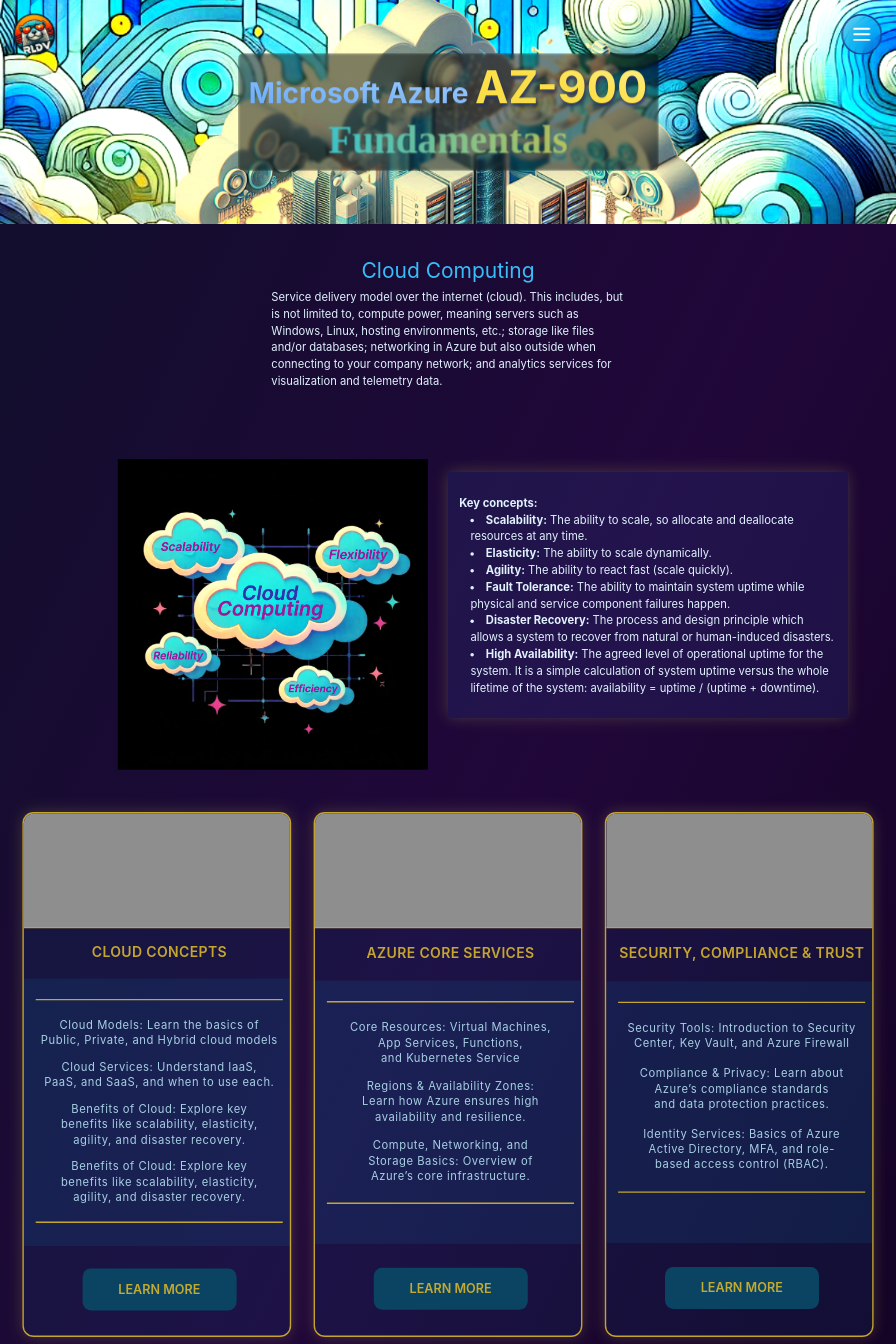
Repository: Freezler/az-900_svelte5
Page: /
The author's editor kept a copy of each file at every save. The page is drawn from the files as they stood at one save, then again after the next save.
The browser window is 1280 px wide. The pictures show the part of the page from y = 0 to 1920 px (the page is 2638 px tall), at 70% of full size.
Pictures or frames that could not be fetched are drawn as grey boxes. The project was rebuilt for these pictures with package versions that can differ from the ones it lists, and the page was loaded fresh each time. The framework's server and built-in components were replaced by stand-ins that run in the browser. Also part of the build but not shown: vite.config.ts.

Above is the page before, as saved 2024-11-10 10:46:32.

### src/app.html
<!doctype html>
<html lang="en">
	<head>
		<meta charset="utf-8" />
		<link rel="icon" href="%sveltekit.assets%/favicon.png" />
		<meta name="viewport" content="width=device-width, initial-scale=1" />
		%sveltekit.head%
	</head>
	<body data-sveltekit-preload-data="hover" >
		<div style="display: contents">%sveltekit.body%</div>
	</body>
</html>

### src/routes/+layout.svelte
<script lang="ts">
	import '../app.css';
	let { children } = $props();

</script>

<div class="bg-gradient-to-br from-[#0d0c28fc] via-[#1b0135f9] to-[#10021e] bg-cover bg-center bg-no-repeat ">{@render children()}</div>

### src/routes/+page.svelte
<script lang="ts">
	import ComputingArticle from '../components/ComputingArticle.svelte';

	import Toggle from '../components/Toggle.svelte';
	import Header from '../components/Header.svelte';
	import Popover from '../components/Menu.svelte';
	import Cards from '../components/Cards.svelte';
	import Login from '../components/Login.svelte';
</script>

<header class="">
	<Popover />
	<Header />
</header>
<main>
	<section>
		<ComputingArticle />
		<Cards />
	</section>
	<aside><Toggle /></aside>
	<footer><Login /></footer>
</main>

### src/app.css
@tailwind base;
@tailwind components;
@tailwind utilities;

:root {
  --text-color  : rgba(244, 205, 48, 0.888);
  --bg-color    : hsla(217, 87%, 3%, 0.298);
  --bg-color2   : hsla(299, 91%, 31%, 0.974);
  --bg-gradient : 135deg, rgba(237, 249, 10, .7) 0%, rgba(216, 204, 37, 0.7) 35%, rgba(0, 212, 255, 0.7) 100%;
  --bg-gradient2: 90deg, rgba(216, 204, 37, 0.5) 0%, rgba(0, 212, 255, 0.5) 70%;
}

* {
  margin     : 0;
  padding    : 0;
  box-sizing : border-box;
  user-select: none;
  /* outline : 1px dotted red; */
}

body {
  font-family: 'Inter', sans-serif;


}

### src/components/ComputingArticle.svelte
<div class="grid items-center justify-center gap-2 place-self-center text-sky-100 max-w-[50ch]  pt-12">
	<h2 class="text-3xl text-center text-sky-400">Cloud Computing</h2>
	<p>
		Service delivery model over the internet (cloud). This includes, but is not limited to, compute
		power, meaning servers such as Windows, Linux, hosting environments, etc.; storage like files
		and/or databases; networking in Azure but also outside when connecting to your company network;
		and analytics services for visualization and telemetry data.
	</p>
</div>

<section class="grid items-center grid-cols-1 lg:grid-cols-2 justify-center place-items-center place-self-center place-content-center gap-0	z-10 text-start">
	<img
		src="../public/images/cloud.png"
		alt="cloudSolutions"
		loading="lazy"

		class=" text-sky-100  w-[572px] "
	/>
	<article
		class=" bg-blue-500/10  text-sky-100 px-4 py-8 w-[572px] mt-4 prounded-xl shadow-[0_0px_22px_rgba(255,255,99,0.2)]"
	>
		<p><strong>Key concepts:</strong></p>
		<ul class="list-inside list-disc pl-4">
			<li>
				<strong>Scalability:</strong> The ability to scale, so allocate and deallocate resources at any
				time.
			</li>
			<li><strong>Elasticity:</strong> The ability to scale dynamically.</li>
			<li><strong>Agility:</strong> The ability to react fast (scale quickly).</li>
			<li>
				<strong>Fault Tolerance:</strong> The ability to maintain system uptime while physical and service
				component failures happen.
			</li>
			<li>
				<strong>Disaster Recovery:</strong> The process and design principle which allows a system to
				recover from natural or human-induced disasters.
			</li>
			<li>
				<strong>High Availability:</strong> The agreed level of operational uptime for the system. It
				is a simple calculation of system uptime versus the whole lifetime of the system: availability
				= uptime / (uptime + downtime).
			</li>
		</ul>
	</article>
</section>

### src/components/Toggle.svelte
<script lang="ts">

	let name = $state('Randy');
	let status: 'DARK' | 'LIGHT' = $state('DARK');
	let full_name = $derived(name + ' ' + 'de vries');

	function toggle() {
		status = status === 'DARK' ? 'LIGHT' : 'DARK';
	}

	function onclick() {
		status = status === 'DARK' ? 'LIGHT' : 'DARK';
		window.document.body.classList.toggle('dark-mode')
	}
</script>

<div class="max-w-[400px] mx-auto grid place-items-center items-center justify-center gap-2 border-2 p-4  py-8 my-4 bg-yellow-600/10">
		<p class="text-2xl font-serif text-white ">
			set theme: <span class="font-sans {status === 'LIGHT' ? 'text-gray-200' : 'text-red-900'}">{status}</span>
		</p>

		<!-- <button on:click={toggle}>toggle status</button> -->
		<button
			class=" w-[176px] rounded bg-blue-500 px-4 py-2 font-bold text-white hover:bg-blue-700 active:scale-[.98]"
			type="button"
			onclick={toggle}>Toggle theme</button
		>
	</div>

### src/components/Header.svelte
<script lang="ts">
	// Declare props
	let { name = 'AZ-900' } = $props();

	// Local state for the surname
	let surname = $state('Fundamentals');

	// Derived state for the full name
	let full_name = $derived(`${name} ${surname}`);
</script>

<div
	class="max-w-[100svw] z-100 mx-auto grid h-80 place-content-center place-items-center items-center justify-center bg-[url('/public/images/headImage.png')] bg-cover bg-top"
>
	<div class="grid backdrop-blur-[2px] px-4 rounded-lg backdrop-brightness-[.50] pb-4">
		<h1
			class="shadow-[rgba(7, 25, 224, 0.9)] drop bg-clip-text text-center text-[clamp(1rem,5vw,2.5rem)] font-bold text-transparent bg-gradient-to-tr from-blue-400 via-blue-300 to-blue-700  drop-shadow-[-2px_2px_2px_rgba(137, 25, 224, 0.9)]"
		>
			Microsoft Azure <span
				class="bg-gradient-to-tr from-yellow-300 via-yellow-300 to-yellow-200 bg-clip-text text-[clamp(2.8rem,5vw,8.5rem)] font-bold text-transparent drop-shadow-[2px_4px_2px_rgba(36,50,100,0.9)]"
				>{name}</span
			>
		</h1>
		<h3
			class="bg-clip-text text-6xl text-center text-[clamp(1rem,5vw,3.5rem)] font-[700] font-[montserrat] bg-gradient-to-r from-[hsl(192,88%,51%)] via-[--hsl(192,88%,71%)] to-[--text-color]  pb- text-transparent drop-shadow-[2px_4px_32px_rgba(6,100,150,0.9)] backdrop-brightness-[.90] "
		>
			{surname}
		</h3>
	</div>
</div>

### src/components/Menu.svelte
<script lang="ts">
	import { cubicInOut } from 'svelte/easing';
	import { fly } from 'svelte/transition';
	let showMenu: boolean = $state(false);


</script>

	<!-- Your existing code -->

<img
	src="/public/images/Design 2.png"
	alt="Ran form Logo"
	class="fixed left-[16px] top-[16px] w-[64px] rounded-full z-[200]"
/>
<button
	onclick={() => (showMenu = !showMenu)}
	class="fixed right-[20px] top-[20px] flex  h-[58px] w-[58px] items-center justify-center rounded-full bg-blue-600/20 backdrop-blur text-white border-2 border-blue-900"
>
	<svg
		xmlns="http://www.w3.org/2000/svg"
		class="h-8 w-8"
		fill="none"
		viewBox="0 0 24 24"
		stroke="currentColor"
	>
		{#if showMenu}
			<path
				stroke-linecap="round"
				stroke-linejoin="round"
				stroke-width="2"
				d="M6 18L18 6M6 6l12 12"
			/>
		{:else}
			<path
				stroke-linecap="round"
				stroke-linejoin="round"
				stroke-width="2"
				d="M4 6h16M4 12h16M4 18h16"
			/>
		{/if}
	</svg>
</button>

{#if showMenu}
	<ul
		class="items-center justify-center fixed bottom-0 right-0 z-100 grid h-[50vh] w-[100vw] border-t border-blue-900 place-content-center bg-blue-600/20 backdrop-blur text-white uppercase text-center text-xl z-[200]"
		transition:fly={{ y: 100, duration: 420, easing: cubicInOut }}
	>
		<li class="px-2 py-4 w-[80vw] underline underline-offset-4 transition-colors ease-linear duration-400 hover:bg-blue-600/20 rounded-t-lg  bg-blue-200/30">
			<a href="/">Home</a>
		</li>
		<li class=" px-2 py-4 transition-colors hover:underline underline-offset-4  ease-linear duration-400 hover:bg-blue-600/20  bg-blue-200/30">
			<a href="/concepts">Concepts</a>
		</li>
		<li class=" px-2 py-4 transition-colors hover:underline underline-offset-4 ease-linear duration-400 hover:bg-blue-600/20  bg-blue-200/30">
			<a href="/security">Security</a>
		</li>
		<li class="px-2 py-4 transition-colors  hover:underline underline-offset-4 ease-linear duration-400 hover:bg-blue-600/20 rounded-b-lg  bg-blue-200/30">
			<a href="/services">Services</a>
		</li>
	</ul>
{/if}

### src/components/Cards.svelte
<script>
	import { goto } from '$app/navigation';
	// Define your plans as an array of objects
	const concepts = [
		{
			url: 'concepts',
			image:
				'https://learn.microsoft.com/training/achievements/microsoft-azure-fundamentals-describe-cloud-concepts-social.png',
			name: 'Cloud Concepts',
			features: [
				'Cloud Models: Learn the basics of Public, Private, and Hybrid cloud models',
				'Cloud Services: Understand IaaS, PaaS, and SaaS, and when to use each.',
				'Benefits of Cloud: Explore key benefits like scalability, elasticity, agility, and disaster recovery.',
				'Benefits of Cloud: Explore key benefits like scalability, elasticity, agility, and disaster recovery.'

			]
		},
		{
			url: 'services',
			image:
				'https://images.unsplash.com/photo-1667372459510-55b5e2087cd0?q=80&w=1932&auto=format&fit=crop&ixlib=rb-4.0.3&ixid=M3wxMjA3fDB8MHxwaG90by1wYWdlfHx8fGVufDB8fHx8fA%3D%3D',
			name: 'Azure Core Services',
			features: [
				'Core Resources: Virtual Machines, App Services, Functions, and Kubernetes Service',
				'Regions & Availability Zones: Learn how Azure ensures high availability and resilience.',
				'Compute, Networking, and Storage Basics: Overview of Azure’s core infrastructure.'
			]
		},
		{
			url: 'security',
			image:
				'https://plus.unsplash.com/premium_photo-1700830452756-1a3f4314e564?q=80&w=1674&auto=format&fit=crop&ixlib=rb-4.0.3&ixid=M3wxMjA3fDB8MHxwaG90by1wYWdlfHx8fGVufDB8fHx8fA%3D%3D',
			name: 'Security, Compliance & Trust',
			features: [
				'Security Tools: Introduction to Security Center, Key Vault, and Azure Firewall',
				'Compliance & Privacy: Learn about Azure’s compliance standards and data protection practices.',
				'Identity Services: Basics of Azure Active Directory, MFA, and role-based access control (RBAC).'
			]
		}
	];
</script>

<section
	class="z-10 grid grid-rows-1 gap-8 py-8 md:grid-cols-2 md:gap-8 md:px-8 xl:grid-cols-3"
>
	{#each concepts as concept}
		<div
			class=" pt-1  grid grid-rows-[148px_64px_auto_auto] place-items-center overflow-hidden rounded-2xl border-2 border-[--text-color] bg-sky-600/10 pb-9 shadow-[0_0px_22px_rgba(255,255,99,0.2)] brightness-90 transition duration-700 hover:scale-[1.001] hover:border-[hsla(184,69%,60%,1)] hover:shadow-[2px_6px_12px_rgba(22,125,22,0.9)]"
		>
			<img
				src={concept.image}
				class=" z-10 h-[172px] pt-2  w-full border-b-2 border-[--text-color] object-cover object-center hover:border-[hsla(184,69%,60%,1)]"
				loading="lazy"
				alt="concept"
			/>
			<div class="row-span-2 grid grid-cols-subgrid place-items-center items-center justify-center">
				<h2 class="] mt-[28px] text-xl font-semibold uppercase tracking-wide text-[--text-color]">
					{concept.name}
				</h2>
			</div>

			<div
				class=" row-span-12 my-5 w-full grid grid-rows-subgrid place-items-start items-start gap-4 text-pretty border border-transparent bg-sky-500/10 px-4 pt-7 pb-6 text-center"
			>
				{#each concept.features as feature}
					<h3
						class="border-b-1 mx-auto  grid w-[35ch]  grid-rows-subgrid text-balance border-[--text-color] px-0 text-[14px] font-normal leading-snug tracking-wider text-sky-200 py-0 first:border-t-2 first:pt-6 last:pb-6 last:border-b-2 lg:text-[16px] border-s-fuchsia-400 ">
						{feature}
					</h3>
				{/each}
			</div>
			<button
				type="button"
				class="mx-auto mt-3 w-[220px] grid-cols-subgrid rounded-xl border-[2px_solid_var(--text-color)] bg-sky-900 px-8 py-4 text-base font-semibold uppercase text-[--text-color] transition duration-[420ms] hover:bg-sky-500 hover:text-white hover:shadow-[2px_2px_22px_rgb(65,183,255,0.9)] md:text-lg lg:text-lg"
				><a href="/{concept.url}">Learn more</a></button
			>
		</div>
	{/each}
</section>

### src/components/Login.svelte
<script>
	import { onMount } from 'svelte';
	let user = $state('Stranger');
	/**
	 * @param {any} response
	 */
	function googleLoginEndpoint(response) {
	  console.log('Google login successful:', response);
	}

	// onMount(() => {
	//   const script = document.createElement("script");
	//   script.src = "https://accounts.google.com/gsi/client";
	//   script.async = true;
	//   script.defer = true;
	//   document.head.appendChild(script);
	// });
</script>

<div class="relative flex min-h-[60vh] items-center justify-center py-16 ">
	<div class="flex w-full max-w-4xl flex-col overflow-hidden rounded-lg shadow-lg md:flex-row">
		<!-- Left side: Logo and Welcome message -->
		<div
			class="flex flex-col items-center justify-center bg-[url('/public/images/headImage.png')] bg-cover bg-center object-cover p-14 text-white md:w-1/2 "
		>
			<img
				src="/public/images/Design 2.png"
				alt="Ran form Logo"
				class="mb-4 h-40 w-40 rounded-full"
			/>
			<h2 class="text-2xl font-semibold p-2 rounded-xl bg-slate-600/50  ">Good Evening {user}!</h2>
			<p class="mt-2 text-center text-lg rounded-xl bg-slate-600/50  p-2 ">Log in to your account!</p>
		</div>

		<!-- Right side: Login Form -->
		<div
			class="flex flex-col items-center justify-center  h-[50vh] bg-blue-600/40 backdrop-blur pt-8 "
		>
			<!-- Google Login Button -->
			<div
				id="g_id_onload"
				data-client_id="YOUR_GOOGLE_CLIENT_ID"
				data-context="signin"
				data-callback="googleLoginEndpoint"
				data-close_on_tap_outside="false"
				data-prompt_parent_id="g_id_onload"
			></div>

			<button
				class="flex w-3/5 items-center justify-center space-x-2 rounded-full border border-gray-300 bg-white py-2 shadow-md hover:bg-gray-50 focus:outline-none"
			>
				<span class="fab fa-google text-gray-500"></span>
				<span class="text-gray-700">Continue with Google</span>
			</button>

			<!-- Divider -->
			<div class="my-4 flex w-full items-center">
				<hr class="flex-grow border-t border-gray-300" />
				<span class="px-3 text-gray-500">OR</span>
				<hr class="flex-grow border-t border-gray-300" />
			</div>

			<!-- Email Login Button -->
			<button
				class="flex w-3/5 items-center justify-center space-x-2 rounded-full border border-gray-300 bg-white py-2 shadow-md hover:bg-gray-50 focus:outline-none"
			>
				<span class="fa fa-user text-gray-500"></span>
				<span class="text-gray-700">Enter Email & Password</span>
			</button>

			<!-- Sign up and Terms Links -->
			<div class=" w-full text-center">
				<p class="text-sm text-red-300">
					Don't have an account? <a href="_blank" class="text-blue-600 hover:underline">Sign up</a>
				</p>
				<p class="mt-0 text-xs text-gray-500 w-[50ch]">
					By continuing, you agree to our <a href="_blank" target="_blank" class="hover:underline"
						>Terms of Service</a
					>
					and
					<a href="_blank" target="_blank" class="hover:underline">Privacy Policy</a>.
				</p>
			</div>
		</div>
	</div>
</div>

### tailwind.config.ts
import aspectRatio from '@tailwindcss/aspect-ratio';
import containerQueries from '@tailwindcss/container-queries';
import forms from '@tailwindcss/forms';
import typography from '@tailwindcss/typography';
// import type { Config } from 'tailwindcss';

export default {
	content: ['./src/**/*.{html,js,svelte,ts}'],


	theme: {
		extend: {
			animation: {



			},

			keyframes: {

			}

		}
	},

	plugins: [typography, forms, containerQueries, aspectRatio]
}

After the next save:
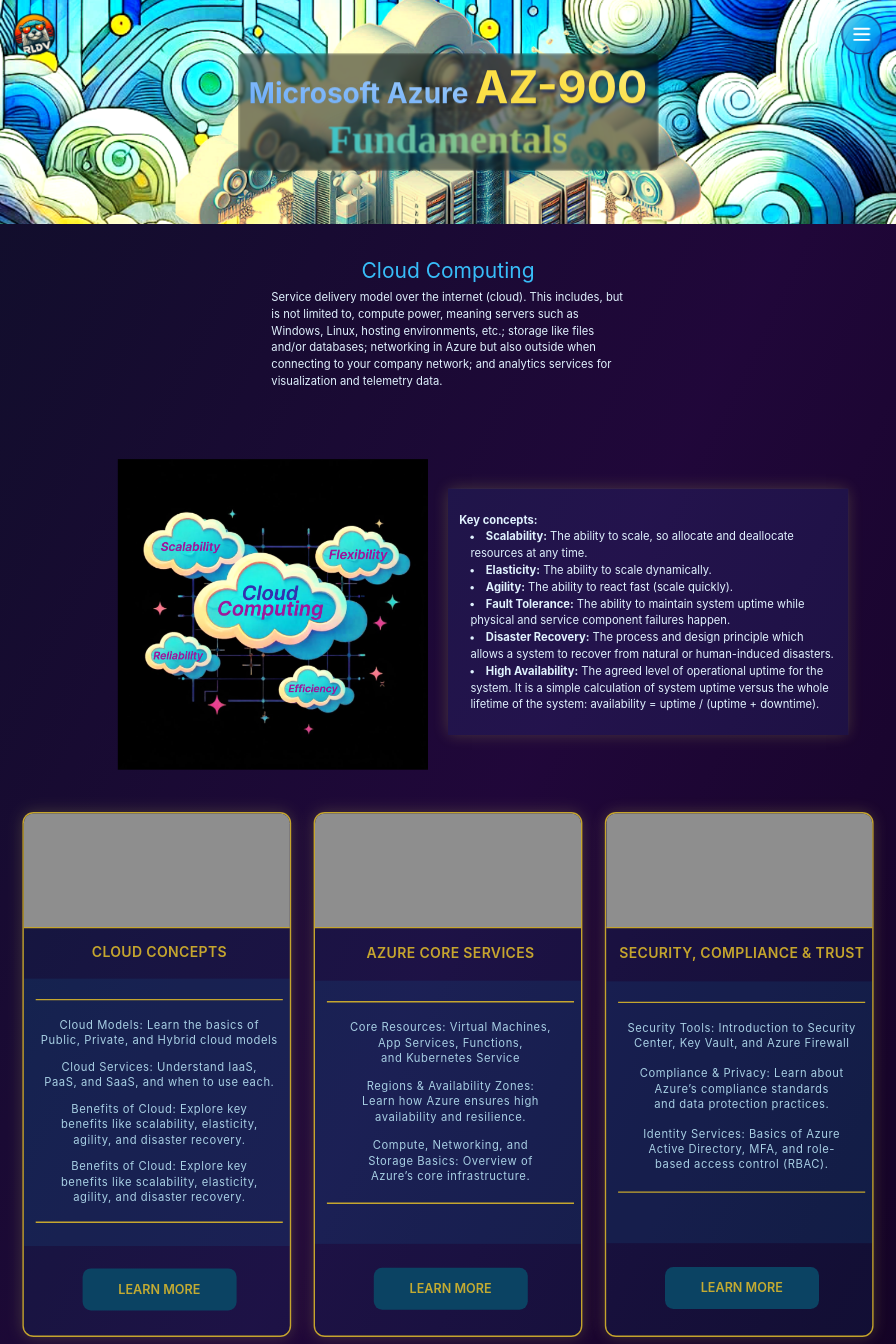
Saved 5 s later.
--- a/src/components/ComputingArticle.svelte
+++ b/src/components/ComputingArticle.svelte
@@ -17,7 +17,7 @@
 		class=" text-sky-100  w-[572px] "
 	/>
 	<article
-		class=" bg-blue-500/10  text-sky-100 px-4 py-8 w-[572px] mt-4 prounded-xl shadow-[0_0px_22px_rgba(255,255,99,0.2)]"
+		class=" bg-blue-500/10  text-sky-100 px-4 py-8 w-[572px] mt-16 prounded-xl shadow-[0_0px_22px_rgba(255,255,99,0.2)]"
 	>
 		<p><strong>Key concepts:</strong></p>
 		<ul class="list-inside list-disc pl-4">
